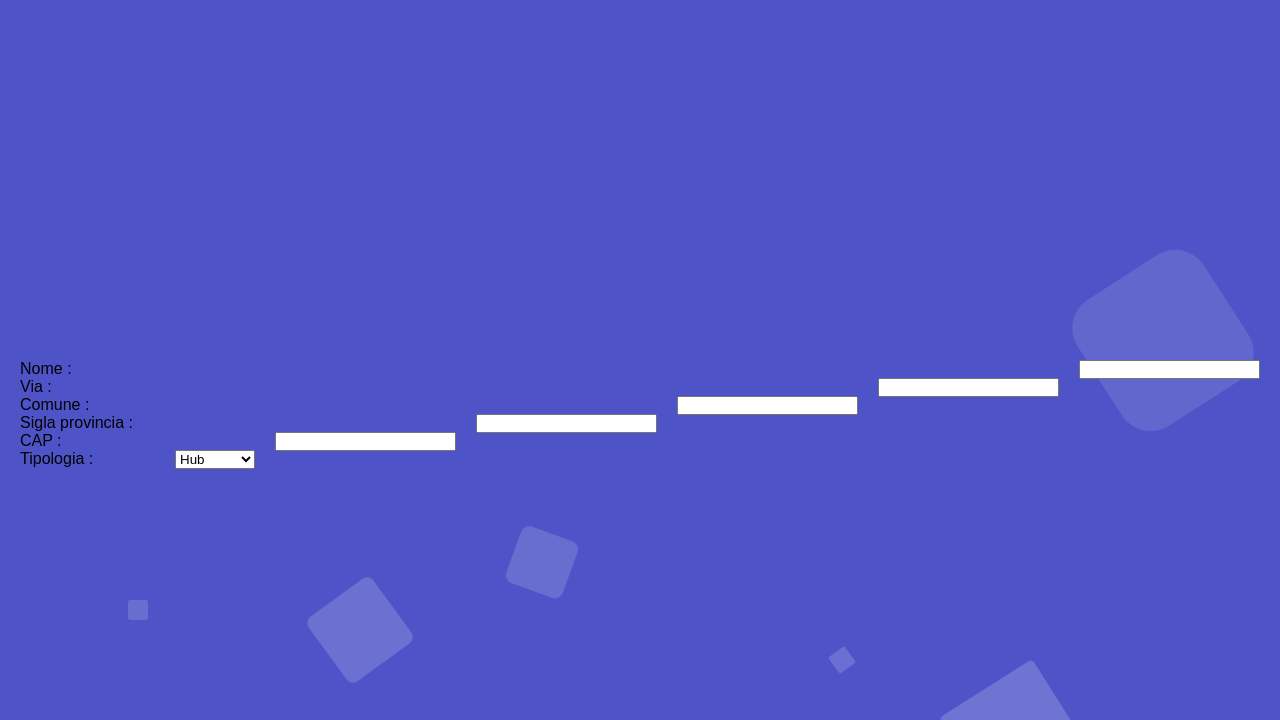
Repository: Jok98/CentriVaccinaliWebApp
Page: http://localhost/CentriVaccinaliOperatori/iscrizionecentrovax.jsp
These files come from the project's save history. The page is drawn as it stood at one moment and after the next save; the edit follows.
The browser window is 1280 px wide. The pictures show the whole page.
Some web fonts or font styles are not loaded; a fallback is used. The page is served by Tomcat 9.

Above is the page before, as saved 2022-09-24 15:50:30.

### CentriVaccinaliOperatori/src/main/webapp/iscrizionecentrovax.jsp
<%@ page language="java" contentType="text/html; charset=ISO-8859-1"
	pageEncoding="ISO-8859-1"%>
<!DOCTYPE html>
<html>
<head>
<meta charset="ISO-8859-1">
<link rel="stylesheet" href="css/form.css">
<link rel="stylesheet" href="css/background.css">
<title>Iscrizione Centri Vaccinali</title>
</head>
<body>
	<div class="area">
		<ul class="circles">
			<li></li>
			<li></li>
			<li></li>
			<li></li>
			<li></li>
			<li></li>
			<li></li>
			<li></li>
			<li></li>
			<li></li>
		</ul>
	</div>
	<div class="context" align="center" >
		<form action="" >
		<label class="label" for="nomeCenvax" >Nome : </label>
		<input class="input" type="text" id="nomecenvax" name="nomecenvax">
		<br>
		<label class="label" for="viaCenvax">Via : </label>
		<input class="input" type="text" id="viaCenvax" name="viaCenvax">
		<br>
		<label class="label" for="comuneCenvax">Comune : </label>
		<input class="input" type="text" id="viaCenvax" name="viaCenvax">
		<br>
		<label class="label" for="sigprovCenvax">Sigla provincia : </label>
		<input class="input" type="text" id="sigprovCenvax" name="sigprovCenvax">
		<br>
		<label class="label" for="capCenvax">CAP : </label>
		<input class="input" type="text" id="capCenvax" name="capCenvax">
		<br>
		<label class="label" for="tipoCenvax">Tipologia : </label>
		<select class="input" name="tipoCenvax" id="tipoCenvax">
			<option value="Hub">Hub</option>
			<option value="Azienda">Azienda</option>
			<option value="Ospedale">Ospedale</option>
		</select>

		</form>
	</div>

</body>
</html>

### CentriVaccinaliOperatori/src/main/webapp/css/form.css
@charset "ISO-8859-1";

/* bottoni */
.button {
color: rgb(255, 255, 255);
font-size: 30px; line-height: 30px;
padding: 10px;
border-radius: 12px;
font-family: Georgia, serif;
font-weight: normal;
text-decoration: none;
font-style: normal;
font-variant: normal;
text-transform: none;
background-image: radial-gradient(at center center, rgb(12, 111, 164) 0%, rgb(10, 136, 164) 100%, rgb(12, 111, 164) 100%);
box-shadow: rgba(0, 0, 0, 0) 81px -57px 0px 0px;
border: 2px solid rgb(28, 110, 164);
display: inline-block;}
.button:hover {
background: #80c3ff; }
.button:active {
background: #1ca4ff; }

.label{
	 float: left;
	 margin-left : 20px;
}

.input{

	 float: right;
	 margin-right : 20px;
}

### CentriVaccinaliOperatori/src/main/webapp/css/background.css
@charset "ISO-8859-1";
@import url('https://fonts.googleapis.com/css?family=Exo:400,700');

*{
    margin: 0px;
    padding: 0px;
}

html{
    font-family: 'Exo', sans-serif;
}


.context {
    width: 100%;
    position: absolute;
    top:50vh;

}

.context h1{
    text-align: center;
    color: #fff;
    font-size: 50px;
}


.area{
    background: #4e54c8;
    background: -webkit-linear-gradient(to left, #8f94fb, #4e54c8);
    width: 100%;
    height:100vh;


}

.circles{
    position: absolute;
    top: 0;
    left: 0;
    width: 100%;
    height: 100%;
    overflow: hidden;
}

.circles li{
    position: absolute;
    display: block;
    list-style: none;
    width: 20px;
    height: 20px;
    background: rgba(255, 255, 255, 0.2);
    animation: animate 25s linear infinite;
    bottom: -150px;

}

.circles li:nth-child(1){
    left: 25%;
    width: 80px;
    height: 80px;
    animation-delay: 0s;
}


.circles li:nth-child(2){
    left: 10%;
    width: 20px;
    height: 20px;
    animation-delay: 2s;
    animation-duration: 12s;
}

.circles li:nth-child(3){
    left: 70%;
    width: 20px;
    height: 20px;
    animation-delay: 4s;
}

.circles li:nth-child(4){
    left: 40%;
    width: 60px;
    height: 60px;
    animation-delay: 0s;
    animation-duration: 18s;
}

.circles li:nth-child(5){
    left: 65%;
    width: 20px;
    height: 20px;
    animation-delay: 0s;
}

.circles li:nth-child(6){
    left: 75%;
    width: 110px;
    height: 110px;
    animation-delay: 3s;
}

.circles li:nth-child(7){
    left: 35%;
    width: 150px;
    height: 150px;
    animation-delay: 7s;
}

.circles li:nth-child(8){
    left: 50%;
    width: 25px;
    height: 25px;
    animation-delay: 15s;
    animation-duration: 45s;
}

.circles li:nth-child(9){
    left: 20%;
    width: 15px;
    height: 15px;
    animation-delay: 2s;
    animation-duration: 35s;
}

.circles li:nth-child(10){
    left: 85%;
    width: 150px;
    height: 150px;
    animation-delay: 0s;
    animation-duration: 11s;
}



@keyframes animate {

    0%{
        transform: translateY(0) rotate(0deg);
        opacity: 1;
        border-radius: 0;
    }

    100%{
        transform: translateY(-1000px) rotate(720deg);
        opacity: 0;
        border-radius: 50%;
    }

}

After the next save:
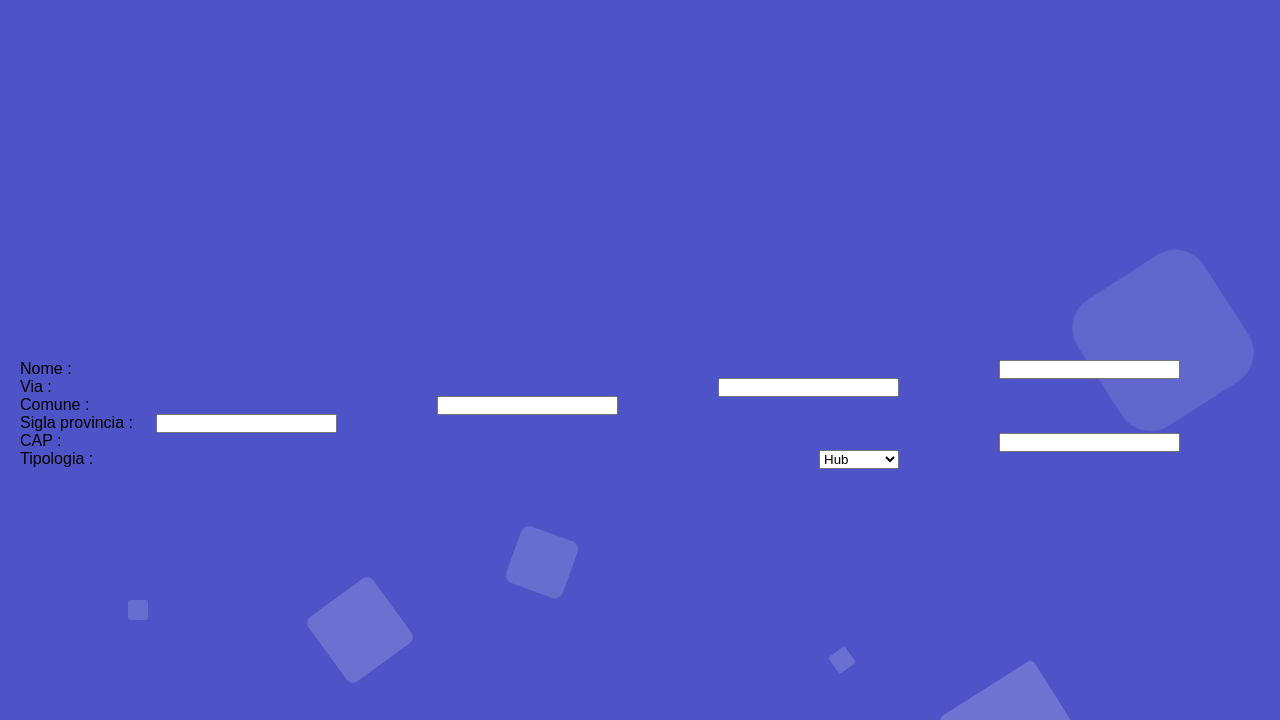
Saved 8 s later.
--- a/CentriVaccinaliOperatori/src/main/webapp/css/form.css
+++ b/CentriVaccinaliOperatori/src/main/webapp/css/form.css
@@ -29,5 +29,5 @@ background: #1ca4ff; }
 .input{
 
 	 float: right;
-	 margin-right : 20px;
+	 margin-right : 100px;
 }
